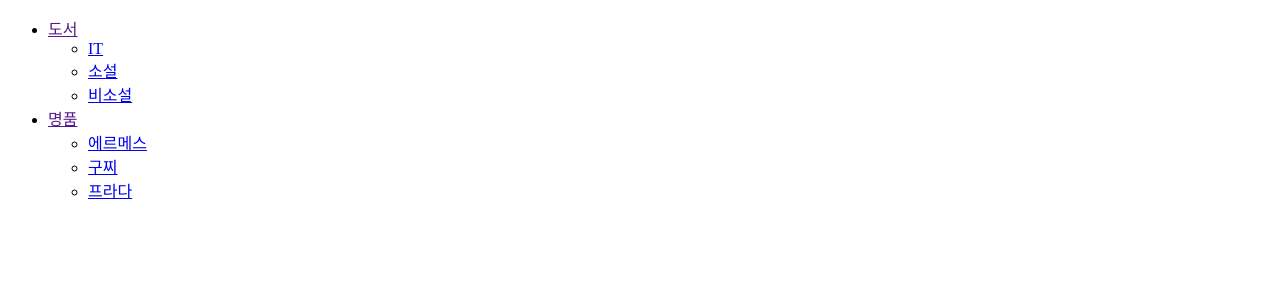
Repository: Shinhan1/shinhan
Page: http://localhost/web_goott/w20200324/jQueryEx14.jsp
These files come from the project's save history. The page is drawn as it stood at one moment and after the next save; the edit follows.
The browser window is 1280 px wide. The pictures show the whole page.
The page is served by Tomcat 9.

Above is the page before, as saved 2020-03-24 05:57:31.

After the next save:
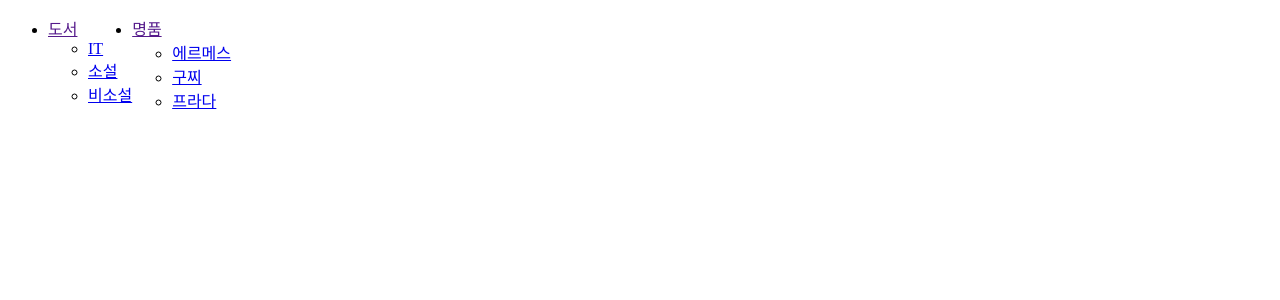
Saved 92 s later.
--- a/web_goott/WebContent/w20200324/jQueryEx14.jsp
+++ b/web_goott/WebContent/w20200324/jQueryEx14.jsp
@@ -5,6 +5,14 @@
 <head>
 <meta charset="UTF-8">
 <title>jQueryEx14.jsp</title>
+<style type="text/css">
+	.mainmenu{
+		float: left;
+
+
+	}
+
+</style>
 </head>
 <body>
 	<!-- 드롭다운 메뉴 만들기 -->
